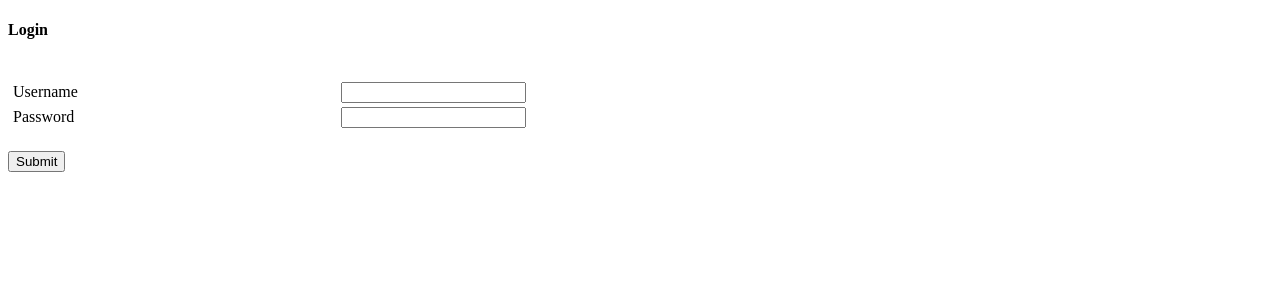
Repository: viraj2623/My_projects
Page: loginandregpr/src/main/webapp/login.html
These files come from the project's save history. The page is drawn as it stood at one moment and after the next save; the edit follows.
The browser window is 1280 px wide. The pictures show the whole page.

Above is the page before, as saved 2025-03-04 08:28:44.

After the next save:
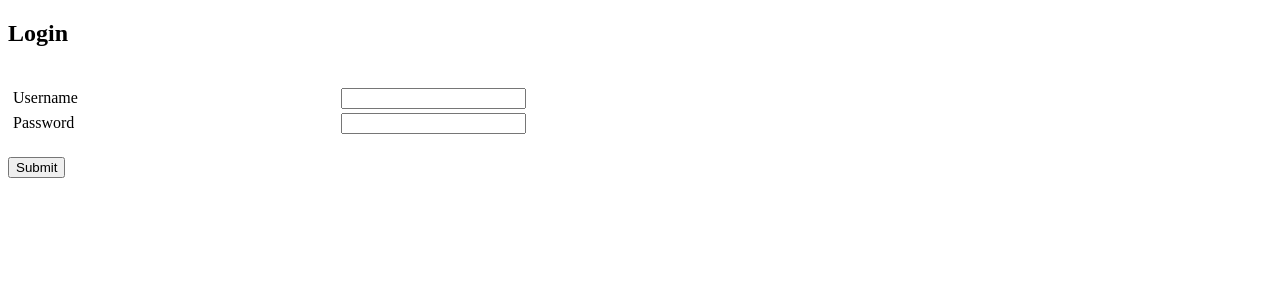
Saved 12 s later.
--- a/loginandregpr/src/main/webapp/login.html
+++ b/loginandregpr/src/main/webapp/login.html
@@ -5,7 +5,7 @@
 <title>Insert title here</title>
 </head>
 <body>
-<h4>Login</h4>
+<h2>Login</h2>
 <form action="Regandloginsrv" method="service">
   <div class="container mt-4">
   <input type="hidden" name="movement" value="login">
